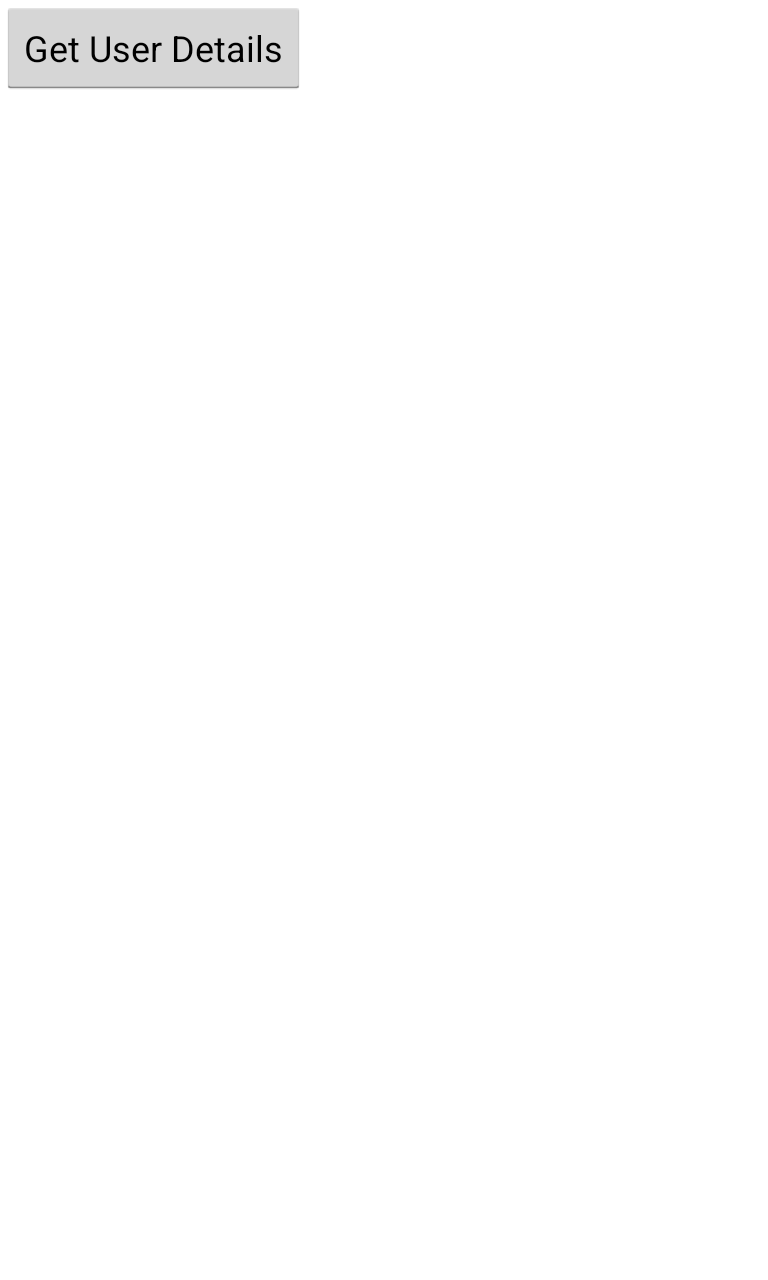
Repository: LakshmiKalyani93/AndroidTraining
Layout: UserInfo/res/layout/info.xml
The author's editor kept a copy of each file at every save. The layout is drawn from the files as they stood at one save, then again after the next save.
It is drawn on a 768 x 1280 px phone screen (xhdpi) without system bars, with theme AppTheme; the app's code is not run.

Above is the layout before, as saved 2014-09-09 07:02:04.

After the next save:
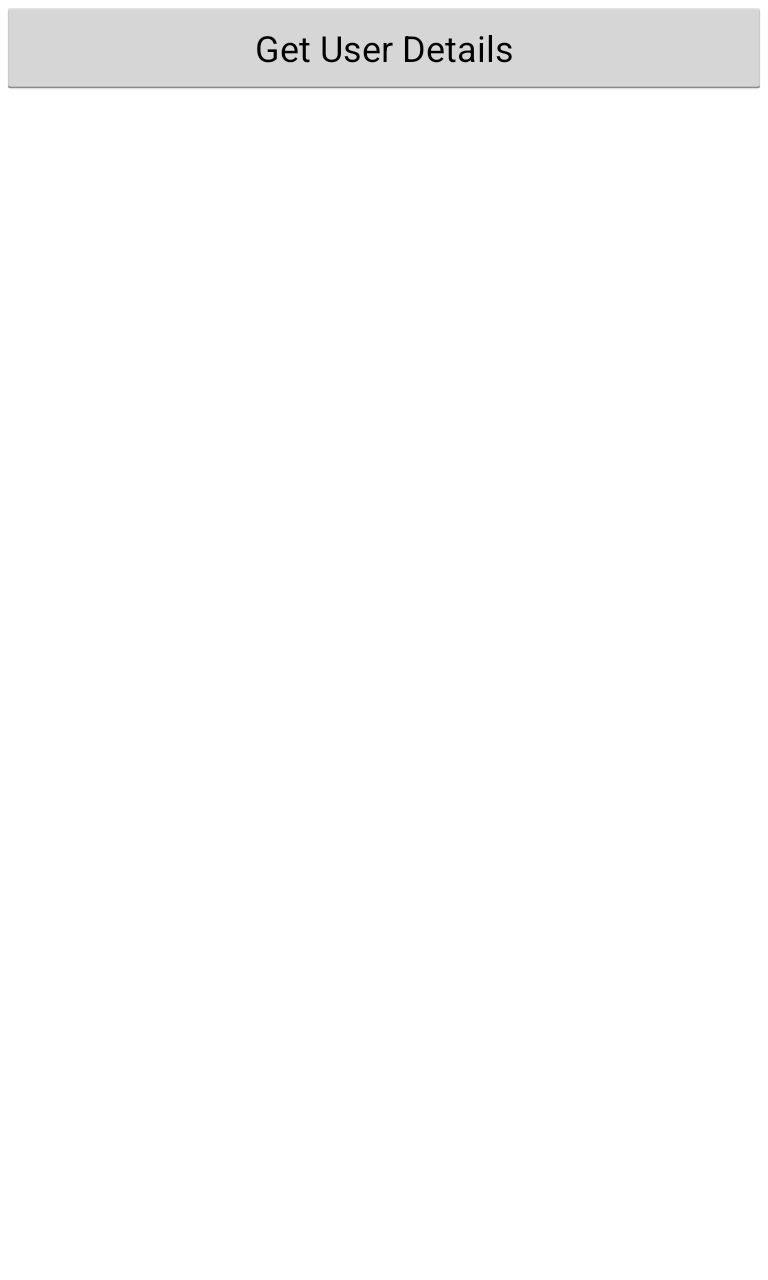
Saved 15 s later.
--- a/UserInfo/res/layout/info.xml
+++ b/UserInfo/res/layout/info.xml
@@ -3,11 +3,11 @@
     android:layout_width="match_parent"
     android:layout_height="match_parent"
     android:orientation="vertical"
-    android:layout_gravity="center">
+   >
 
     <Button
         android:id="@+id/user_btn"
-        android:layout_width="wrap_content"
+        android:layout_width="match_parent"
         android:layout_height="wrap_content"
 
         android:text="@string/user" />
